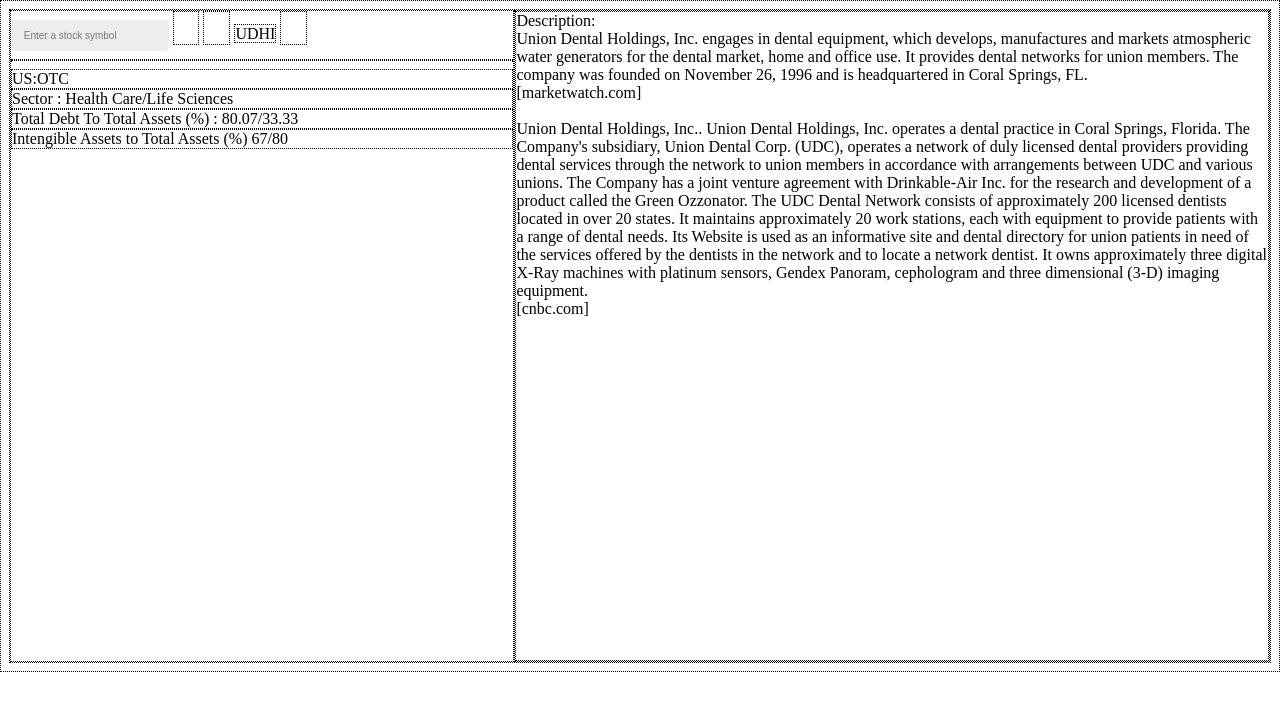
Repository: hadi4172/halal-stock-scanner
Page: popup.html
The author's editor kept a copy of each file at every save. The page is drawn from the files as they stood at one save, then again after the next save.
The browser window is 1280 px wide. The pictures show the whole page.

Above is the page before, as saved 2020-09-24 18:02:33.

### popup.html
<!DOCTYPE html>
<html>

<head>
    <title>Halal Stock Scanner</title>
    <meta charset="UTF-8">
    <script src="popup.js"></script>
    <link rel="stylesheet" href="font-awesome/font-awesome.min.css">
    <link rel="stylesheet" type="text/css" href="popup.css">
</head>

<body>
    <div id=left>
        <input id=input type=text maxlength=5 placeholder="Enter a stock symbol" />
        <i id=search-btn class="fa fa-trash fa-2x"></i>
        <i id=settings-btn class="fa fa-trash fa-2x"></i>
        <span id=symbol>UDHI</span>
        <i id=icon-is-correct-or-no class="fa fa-trash fa-2x"></i>
        <hr>
        <div id=market>US:OTC</div>
        <div id=sector>Sector : Health Care/Life Sciences</div>
        <div id=debt-to-assets>Total Debt To Total Assets (%) : 80.07/33.33</div>
        <div id=intengible-assets-to-total-assets>Intengible Assets to Total Assets (%) 67/80 </div>
    </div>

    <div id=right>
        <div id=description>
            Description: <br />
            Union Dental Holdings, Inc. engages in dental equipment, which develops, manufactures and markets atmospheric water generators for the dental market, home and office use. It provides dental networks for union members. The company was founded on November 26, 1996 and is headquartered in Coral Springs, FL.<br />
            [marketwatch.com]<br /><br />
            Union Dental Holdings, Inc.. Union Dental Holdings, Inc. operates a dental practice in Coral Springs, Florida. The Company's subsidiary, Union Dental Corp. (UDC), operates a network of duly licensed dental providers providing dental services through the network to union members in accordance with arrangements between UDC and various unions. The Company has a joint venture agreement with Drinkable-Air Inc. for the research and development of a product called the Green Ozzonator. The UDC Dental Network consists of approximately 200 licensed dentists located in over 20 states. It maintains approximately 20 work stations, each with equipment to provide patients with a range of dental needs. Its Website is used as an informative site and dental directory for union patients in need of the services offered by the dentists in the network and to locate a network dentist. It owns approximately three digital X-Ray machines with platinum sensors, Gendex Panoram, cephologram and three dimensional (3-D) imaging equipment.<br />
            [cnbc.com]
        </div>
    </div>
</body>

</html>

### popup.css
* {
    border: 1px black dotted;
}

body{
    display:flex;
}

#right{
    width:60%
}

#left{
    width:40%
}

#description{
    height: 90vh;
    overflow: auto;
}

#input{
    max-width: 70%;
    font-size: 10px;
    border: none;
    background: hsl(0 0% 93%);
    border-radius: .25rem;
    padding: .6rem .8rem;
}

Loaded but not shown: font-awesome/font-awesome.min.css (library); popup.js (no copy from this time; the picture is the same without it)

After the next save:
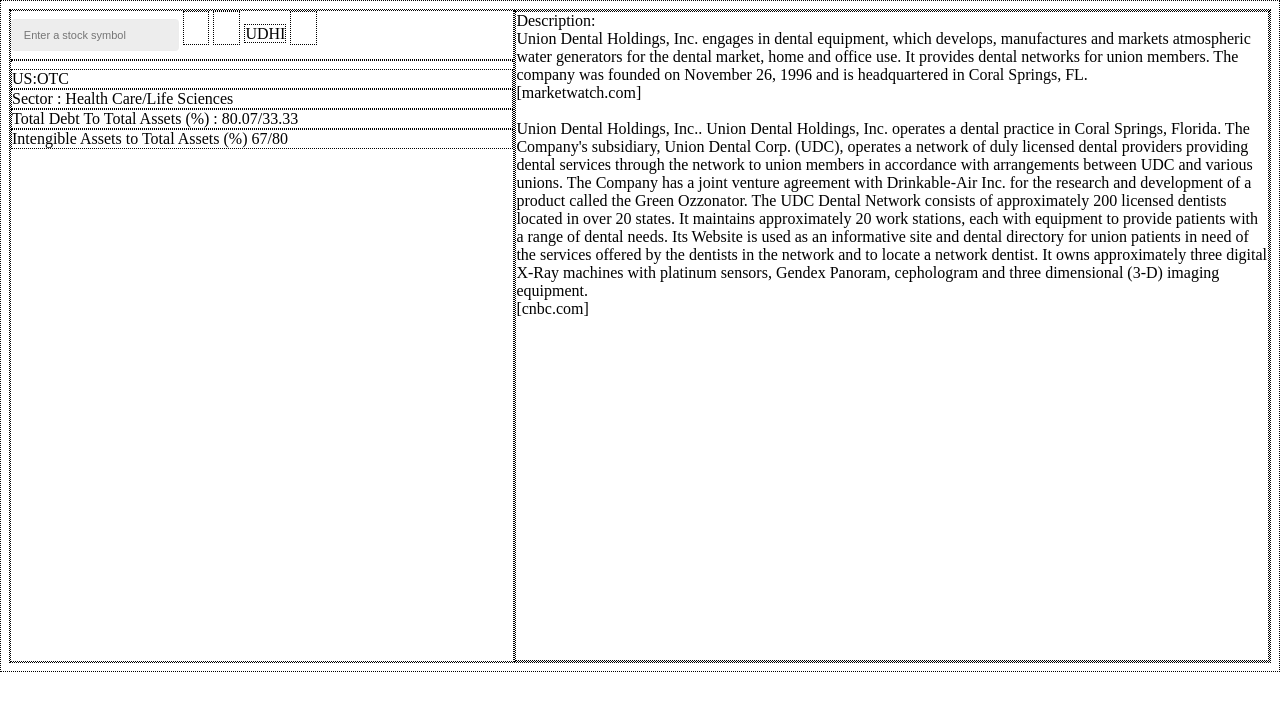
Saved 18 s later.
--- a/popup.css
+++ b/popup.css
@@ -21,7 +21,7 @@
 
 #input{
     max-width: 70%;
-    font-size: 10px;
+    font-size: 11px;
     border: none;
     background: hsl(0 0% 93%);
     border-radius: .25rem;
